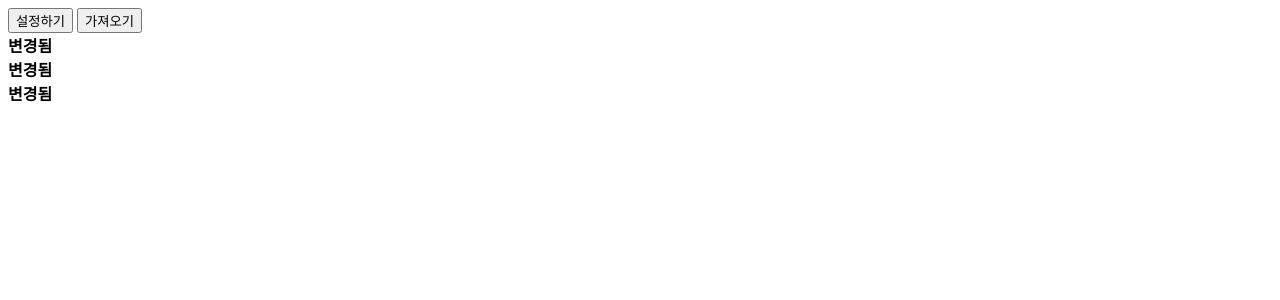
Repository: shouvoo/bitAcademy
Page: work/jsp/06_javascript/WebContent/07_library/test01.html
An editor plug-in stored every save of this project. The page is shown before and after the next save, followed by the edit.
The browser window is 1280 px wide. The pictures show the whole page.
After loading, the first visible `#btn1` was clicked once.

Above is the page before, as saved 2017-11-14 01:17:56.

### work/jsp/06_javascript/WebContent/07_library/test01.html

<!DOCTYPE html>
<html>
<head>
<meta charset="UTF-8">
<title>Insert title here</title>
<script type="text/javascript" src="jquery.js"></script>
</head>
<body>
	<button id="btn1">설정하기</button>
	<button>가져오기</button>

	<div id="a">테스트1</div>
	<div class="b">테스트2</div>
	<div>테스트3</div>

	<script type="text/javascript">

		/* var btn1 = document.querySelector("#btn1");
		var btn2 = document.querySelector("button:nth-child(2)"); */

		var btn1 = $("#btn1")[0];

		btn1.addEventListener("click", function(e) {
			var $div = $("div");

			/* for(var i = 0; i < $div.length; i++)
			{
				$div[i].innerHTML = "<strong>변경됨</strong>"
			} */

			$("div").html("<strong>변경됨</strong>");
		});

	</script>
</body>
</html>

Loaded but not shown: work/jsp/06_javascript/WebContent/07_library/jquery.js (library)

After the next save:
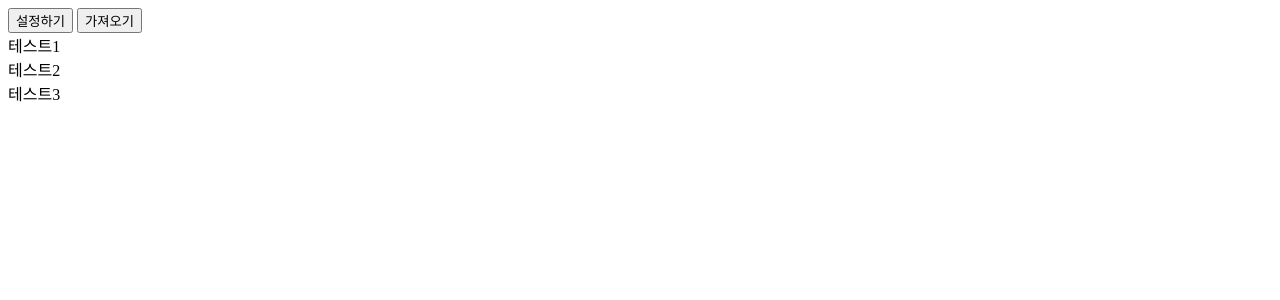
Saved 47 s later.
--- a/work/jsp/06_javascript/WebContent/07_library/test01.html
+++ b/work/jsp/06_javascript/WebContent/07_library/test01.html
@@ -29,7 +29,7 @@
 				$div[i].innerHTML = "<strong>변경됨</strong>"
 			} */
 
-			$("div").html("<strong>변경됨</strong>");
+			//$("div").html("<strong>변경됨</strong>");
 		});
 
 	</script>

After the save that followed:
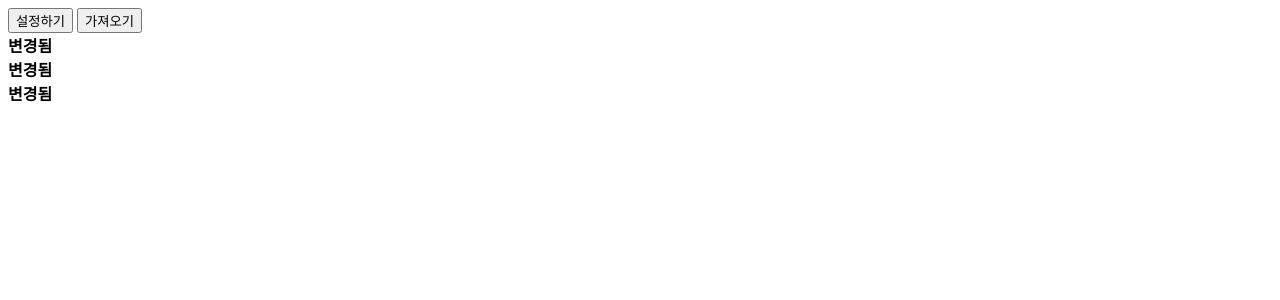
Saved 33 s later.
--- a/work/jsp/06_javascript/WebContent/07_library/test01.html
+++ b/work/jsp/06_javascript/WebContent/07_library/test01.html
@@ -29,7 +29,7 @@
 				$div[i].innerHTML = "<strong>변경됨</strong>"
 			} */
 
-			//$("div").html("<strong>변경됨</strong>");
+			$("div").html("<strong>변경됨</strong>");
 		});
 
 	</script>
